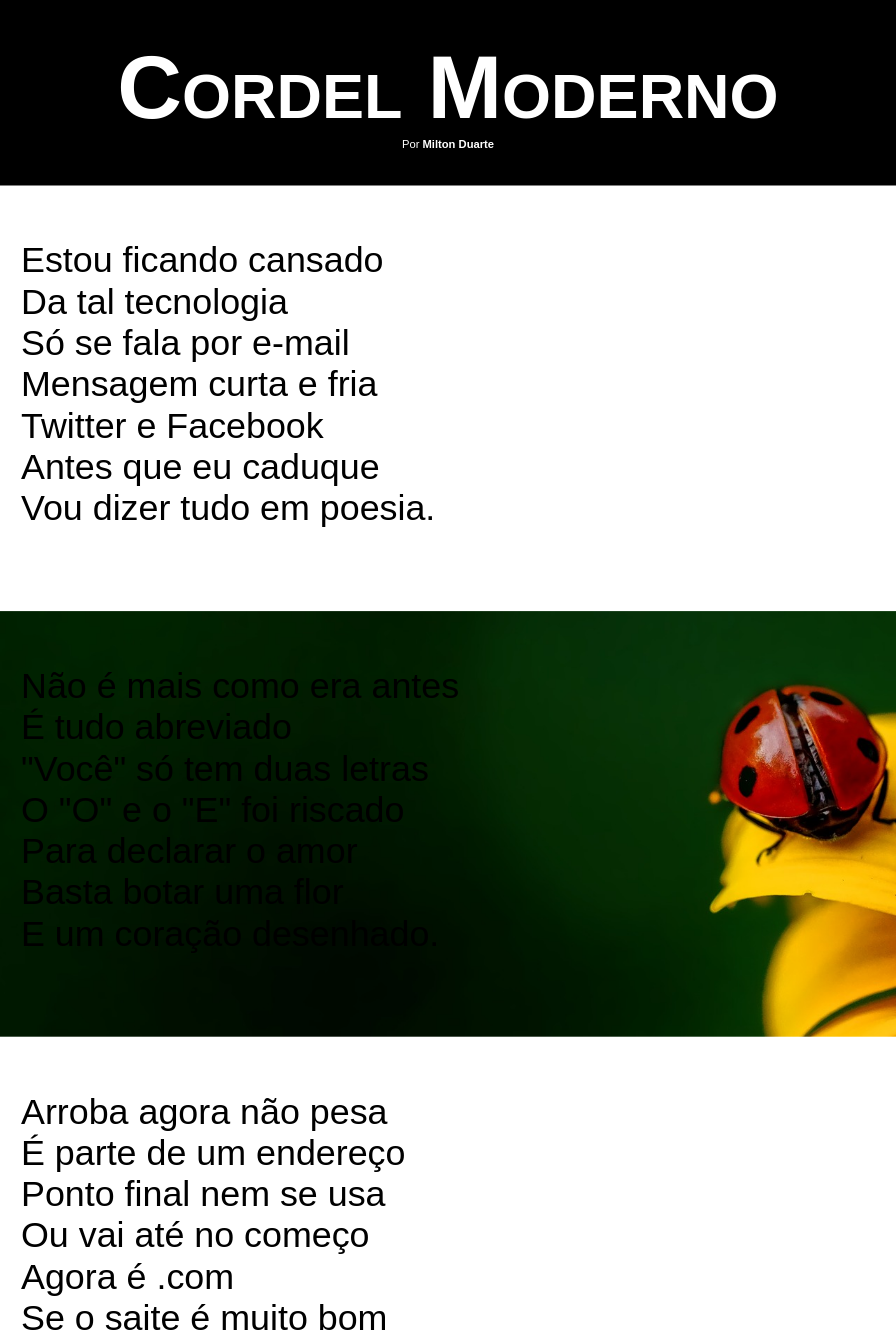
Repository: jorgprado/curso-html-css-Guanabara
Page: exec-pag-cordel/index.html
An editor plug-in stored every save of this project. The page is shown before and after the next save, followed by the edit.
The browser window is 1280 px wide. The pictures show the part of the page from y = 0 to 1920 px (the page is 4226 px tall), at 70% of full size.
Backgrounds fixed to the window are drawn as part of the page. Some web fonts or font styles are not loaded; a fallback is used.

Above is the page before, as saved 2023-05-18 16:11:32.

### exec-pag-cordel/index.html
<!DOCTYPE html>
<html lang="pt-br">
<head>
    <meta charset="UTF-8">
    <meta http-equiv="X-UA-Compatible" content="IE=edge">
    <meta name="viewport" content="width=device-width, initial-scale=1.0">
    <link rel="stylesheet" href="estilos/style.css">
    <title>Cordel Moderno</title>
</head>
<body>
    <header>
        <h1>Cordel Moderno</h1>
        <p>Por <a href="https://www.recantodasletras.com.br/poesias/3186743" target="_blank">Milton Duarte</a></p>
    </header>
    <main>
        <article>

            <div class="box">
                <p>
                    Estou ficando cansado
                    Da tal tecnologia
                    Só se fala por e-mail
                    Mensagem curta e fria
                    Twitter e Facebook
                    Antes que eu caduque
                    Vou dizer tudo em poesia.
                </p>
            </div>

            <div class="box box-img">
                <p>
                    Não é mais como era antes
                    É tudo abreviado
                    "Você" só tem duas letras
                    O "O" e o "E" foi riscado
                    Para declarar o amor
                    Basta botar uma flor
                    E um coração desenhado.
                </p>
            </div>

            <div class="box">
                <p>
                    Arroba agora não pesa
                    É parte de um endereço
                    Ponto final nem se usa
                    Ou vai até no começo
                    Agora é .com
                    Se o saite é muito bom
                    Ele vale um alto preço.
                    Pra piorar a liguagem
                    O emoticom é um risco
                    Tem símbolo para tudo
                    Ponto e vírgula e um asterisco
                    Um beijo significa
                    Pra entender como fica
                    Decifre esse rabisco.
                </p>
            </div>

            <div class="box box-img1">
                <div class="bg">
                    <p>
                        Tenho saudade das cartas
                        Escritas com a própria mão
                        Mandava no mês de Junho
                        Só chegava no Verão
                        Mas matava a saudade
                        Era texto de verdade
                        Nas linhas do coração.
                    </p>
                </div>
            </div>

            <div class="box">
                <p>
                    Agora, escrevo e envio
                    Chegando na mesma hora
                    Mas quando vou prosear
                    A pessoa foi embora
                    Abriu outro aplicativo
                    O mundo ficou cativo
                    Da tecnologia do agora.

                    Felizmente, pra orar
                    Não precisa de internet
                    Deus escuta todo mundo
                    Se quiser, faça esse teste
                    Dois pontos são dois joelhos
                    Seus lábios são aparelhos
                    Deixe que Deus interprete.
                </p>
            </div>
        </article>
    </main>

</body>
</html>

### exec-pag-cordel/estilos/style.css
@import url('https://fonts.googleapis.com/css2?family=Passion+One:wght@700&family=Sriracha&display=swap');

*{
    padding: 0;
    margin: 0;
    font-size: 1em;
}

a{
    text-decoration: none;
    color: white;
    font-weight: bolder;
}



header{
    color: white;
    background-color: black;
    text-align: center;

}

header h1{
    padding-top: 50px;
    color: white;
    font-family: 'Passion One', sans-serif;
    font-variant: small-caps;
    font-size: 10vw;
}


header p{
    color:white;
    font-family: sans-serif;
    padding-bottom: 50px;
}


main article .box{
    white-space: pre-line;
    padding-left: 30px;
    padding-bottom:100px;

}

main article .box p{
    font-family: 'Sriracha', sans-serif;
    font-size: 4vw;
}

main article .box-img{
    background-image: url(../imagens/background001.jpg);
    background-attachment: fixed;
    background-position: left center;
}

After the next save:
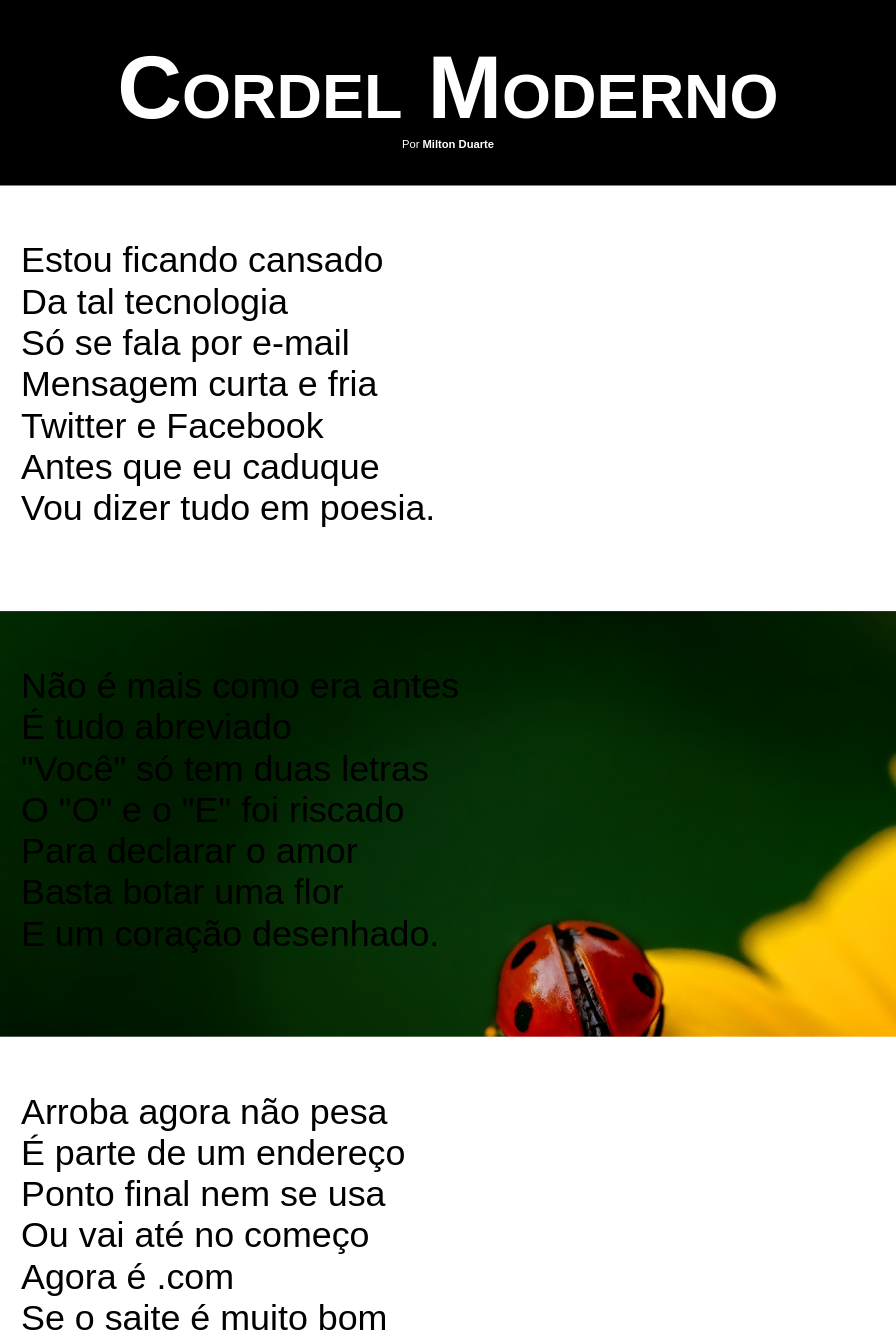
Saved 9 s later.
--- a/exec-pag-cordel/estilos/style.css
+++ b/exec-pag-cordel/estilos/style.css
@@ -52,5 +52,5 @@ main article .box p{
 main article .box-img{
     background-image: url(../imagens/background001.jpg);
     background-attachment: fixed;
-    background-position: left center;
+    background-position: top center;
 }
